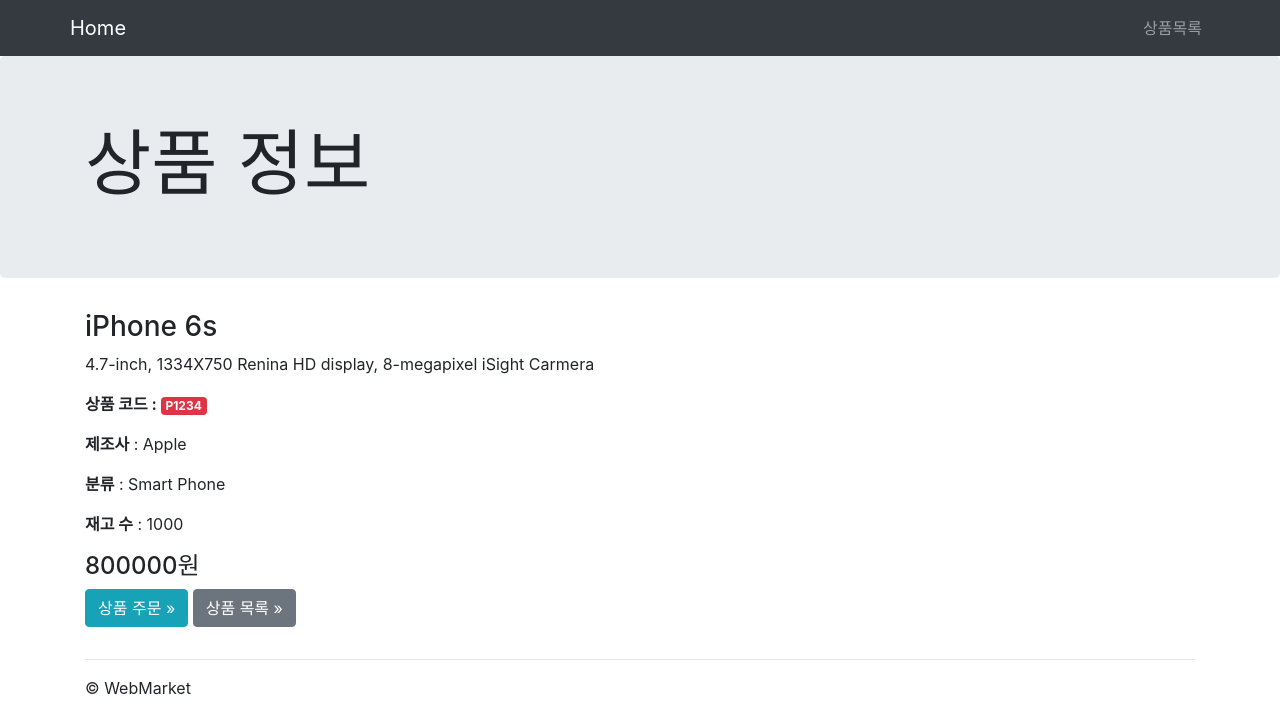
Repository: lhj257/jspwrokspace
Page: http://localhost/WebMarket/product.jsp?id=P1234
These files come from the project's save history. The page is drawn as it stood at one moment and after the next save; the edit follows.
The browser window is 1280 px wide. The pictures show the whole page.
The page is served by Tomcat 9. Nobody is signed in. The application's start-up code is not run. Other server files are loaded and not shown.

Above is the page before, as saved 2023-08-28 01:04:05.

### WebMarket/src/main/webapp/product.jsp
<%@page import="dao.ProductRepository"%>
<%@ page language="java" contentType="text/html; charset=UTF-8"
	pageEncoding="UTF-8"%>
<%@ page import="dto.Product"%>
<jsp:useBean id="productDAO" class="dao.ProductRepository"
	scope="session" />
<!DOCTYPE html>
<html>
<head>
<link rel="stylesheet"
	href="https://cdn.jsdelivr.net/npm/bootstrap@4.0.0/dist/css/bootstrap.min.css"
	integrity="sha384-Gn5384xqQ1aoWXA+058RXPxPg6fy4IWvTNh0E263XmFcJlSAwiGgFAW/dAiS6JXm"
	crossorigin="anonymous">
<meta charset="UTF-8">
<title>상품 상세 정보</title>
</head>
<body>
	<jsp:include page="menu.jsp" />
	<div class="jumbotron">
		<div class="container">
			<h1 class="display-3">상품 정보</h1>
		</div>
	</div>
	<%
	String id = request.getParameter("id");
	ProductRepository dao= ProductRepository.getInstance();
	Product product = dao.getProductById(id);
	%>
	<div class="container">
		<div class="row">
			<div class="col-md-6">
				<h3><%=product.getPname()%></h3>
				<p><%=product.getDescription()%>
				<p>
					<b>상품 코드 : </b><span class="badge badge-danger"><%=product.getProductId()%></span>
				<p>
					<b>제조사</b> :
					<%=product.getManufacturer()%>
				<p>
					<b>분류</b> :
					<%=product.getCategory()%>
				<p>
					<b>재고 수</b> :
					<%=product.getUnitsInStock()%>
				<h4><%=product.getUnitPrice()%>원
				</h4>
				<p>
					<a href="#" class="btn btn-info"> 상품 주문 &raquo;</a> <a
						href="./products.jsp" class="btn btn-secondary"> 상품 목록 &raquo;</a>
			</div>
		</div>
		<hr>
	</div>
	<jsp:include page="footer.jsp" />
</body>
</html>

### WebMarket/src/main/webapp/menu.jsp
<%@ page language="java" contentType="text/html; charset=UTF-8"
	pageEncoding="UTF-8"%>
<nav class="navbar navbar-expand navbar-dark bg-dark">
	<div class="container">
		<div class="navbar-header">
			<a class="navbar-brand" href="./welcome.jsp">Home</a>
		</div>
		<div>
			<ul class="navbar-nav mr-auto">
				<li class="nav-item"><a class="nav-link" href="./products.jsp">상품목록</a></li>
			</ul>
		</div>
	</div>
</nav>

### WebMarket/src/main/java/dao/ProductRepository.java
package dao;

//DAO : Data Access Object (repository)
// 비즈니스 로직을 처리하는 클래스
// DB에서 데이터를 가지고 오는 역할 및 데이터를 수정하는 역할
import java.util.ArrayList;

import dto.Product;

public class ProductRepository {

	private ArrayList<Product> listOfProducts = new ArrayList<Product>();
	private static ProductRepository instance = new ProductRepository();

	public static ProductRepository getInstance() {
		return instance;
	}

	public void addProduct(Product product) {
		listOfProducts.add(product);
	}

	public ArrayList<Product> getAllProducts() {
		return listOfProducts;
	}

	public ProductRepository() {
		Product phone = new Product("P1234", "iPhone 6s", 800000);
		phone.setDescription("4.7-inch, 1334X750 Renina HD display, 8-megapixel iSight Carmera");
		phone.setCategory("Smart Phone");
		phone.setManufacturer("Apple");
		phone.setUnitsInStock(1000);
		phone.setCondition("New");

		Product notebook = new Product("P1235", "LG PC 그램", 1500000);
		notebook.setDescription("13.3-inch, IPS LED display, 5rd Generation Intel Core processors");
		notebook.setCategory("Notebook");
		notebook.setManufacturer("LG");
		notebook.setUnitsInStock(1000);
		notebook.setCondition("Refurbished");

		Product tablet = new Product("1236", "Galaxy Tab S", 900000);
		tablet.setDescription("212.8*125.6*6.6mm, Super AMOLED display, Octa-Core processor");
		tablet.setCategory("Tablet");
		tablet.setManufacturer("Samsung");
		tablet.setUnitsInStock(1000);
		tablet.setCondition("Old");

		listOfProducts.add(phone);
		listOfProducts.add(notebook);
		listOfProducts.add(tablet);

	}

	public Product getProductById(String productId) {
		Product productById = null;

		for (int i = 0; i < listOfProducts.size(); i++) {
			Product product = listOfProducts.get(i);
			if (product != null && product.getProductId() != null && product.getProductId().equals(productId)) {
				productById = product;
				break;
			}
		}
		return productById;
	}
}

### WebMarket/src/main/java/dto/Product.java
package dto;

// DTO : Data Transfer Object =VO:Value Object
// 계층간 데티어 교환을 하기 위해 사용하는 객체
// 로직을 가지지않고 data와 그 data에 접근을 위한 getter, setter만 가지고있음.
import java.io.Serializable;

public class Product implements Serializable {

	private static final long serialVersionUID = -4274700572038677000L;

	private String productId;
	private String pname;
	private Integer unitPrice;
	private String description;
	private String manufacturer;
	private String category;
	private long unitsInStock;
	private String condition;

	public Product() {
		super();
	}

	public Product(String productId, String pname, Integer unitPrice) {
		this.productId = productId;
		this.pname = pname;
		this.unitPrice = unitPrice;
	}

	public String getProductId() {
		return productId;
	}

	public void setProductId(String productId) {
		this.productId = productId;
	}

	public String getPname() {
		return pname;
	}

	public void setPname(String pname) {
		this.pname = pname;
	}

	public Integer getUnitPrice() {
		return unitPrice;
	}

	public void setUnitPrice(Integer unitPrice) {
		this.unitPrice = unitPrice;
	}

	public String getDescription() {
		return description;
	}

	public void setDescription(String description) {
		this.description = description;
	}

	public String getManufacturer() {
		return manufacturer;
	}

	public void setManufacturer(String manufacturer) {
		this.manufacturer = manufacturer;
	}

	public String getCategory() {
		return category;
	}

	public void setCategory(String category) {
		this.category = category;
	}

	public long getUnitsInStock() {
		return unitsInStock;
	}

	public void setUnitsInStock(long unitsInStock) {
		this.unitsInStock = unitsInStock;
	}

	public String getCondition() {
		return condition;
	}

	public void setCondition(String condition) {
		this.condition = condition;
	}
}

Loaded but not shown: WebMarket/src/main/webapp/footer.jsp (common file)

After the next save:
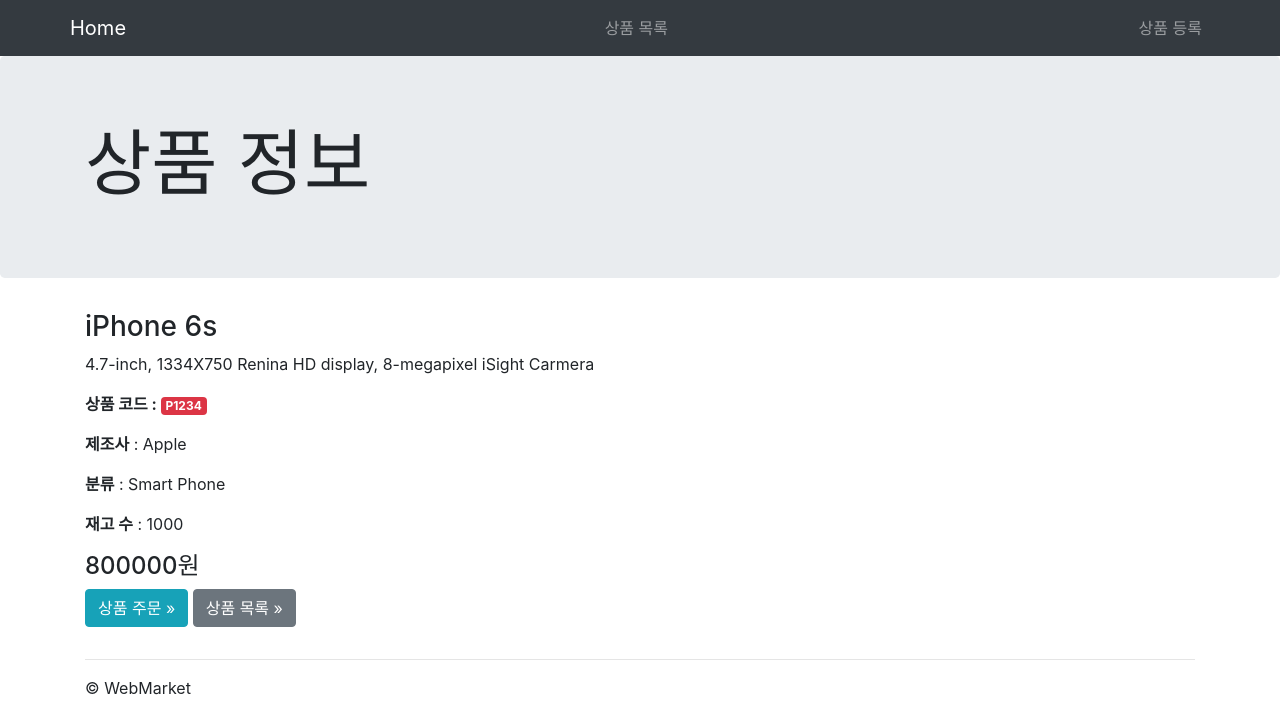
Saved 15 min 55 s later.
--- a/WebMarket/src/main/webapp/menu.jsp
+++ b/WebMarket/src/main/webapp/menu.jsp
@@ -7,7 +7,12 @@
 		</div>
 		<div>
 			<ul class="navbar-nav mr-auto">
-				<li class="nav-item"><a class="nav-link" href="./products.jsp">상품목록</a></li>
+				<li class="nav-item"><a class="nav-link" href="./products.jsp">상품 목록</a></li>
+			</ul>
+		</div>
+		<div>
+			<ul class="navbar-nav mr-auto">
+				<li class="nav-item"><a class="nav-link" href="./products.jsp">상품 등록</a></li>
 			</ul>
 		</div>
 	</div>
